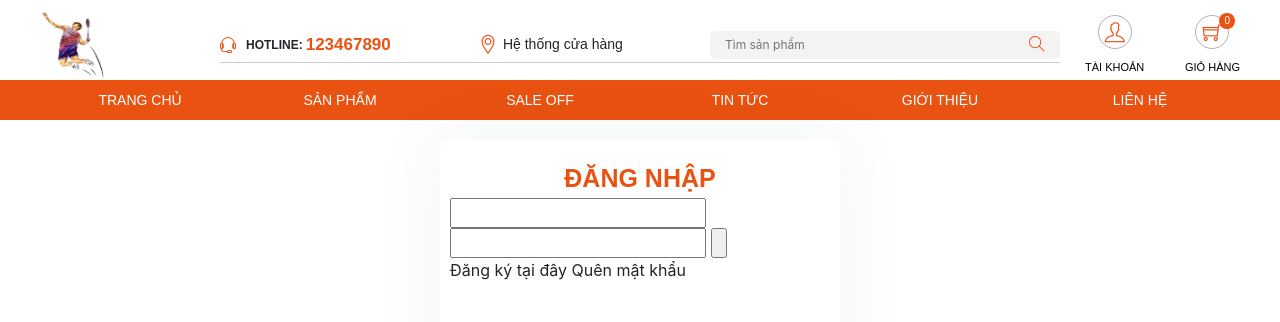
Repository: Namtran3107/CauLongSo1
Page: login.html
An editor plug-in stored every save of this project. The page is shown before and after the next save, followed by the edit.
The browser window is 1280 px wide. The pictures show the whole page.

Above is the page before, as saved 2022-12-11 14:12:59.

After the next save:
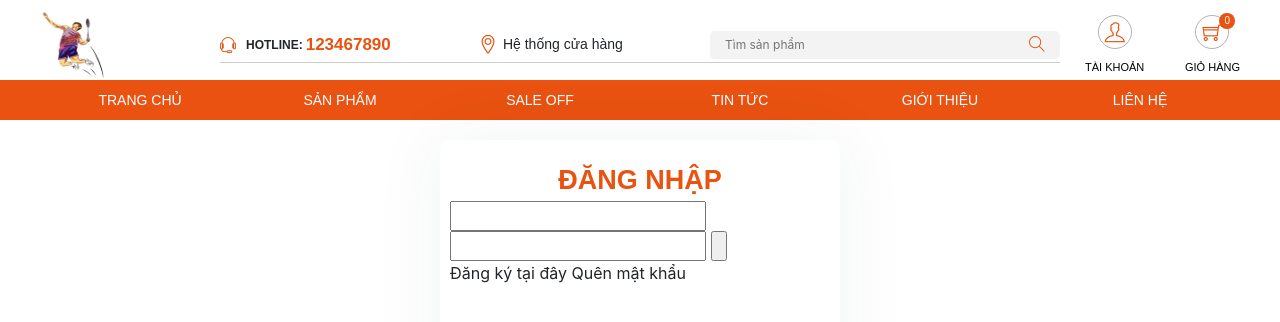
Saved 4 s later.
--- a/login.css
+++ b/login.css
@@ -23,7 +23,7 @@
 }
 .login-content-header{
     color: var(--color-website);
-    font-size: 25px;
+    font-size: 27px;
     font-family: sans-serif;
     font-weight: 600;
 }
